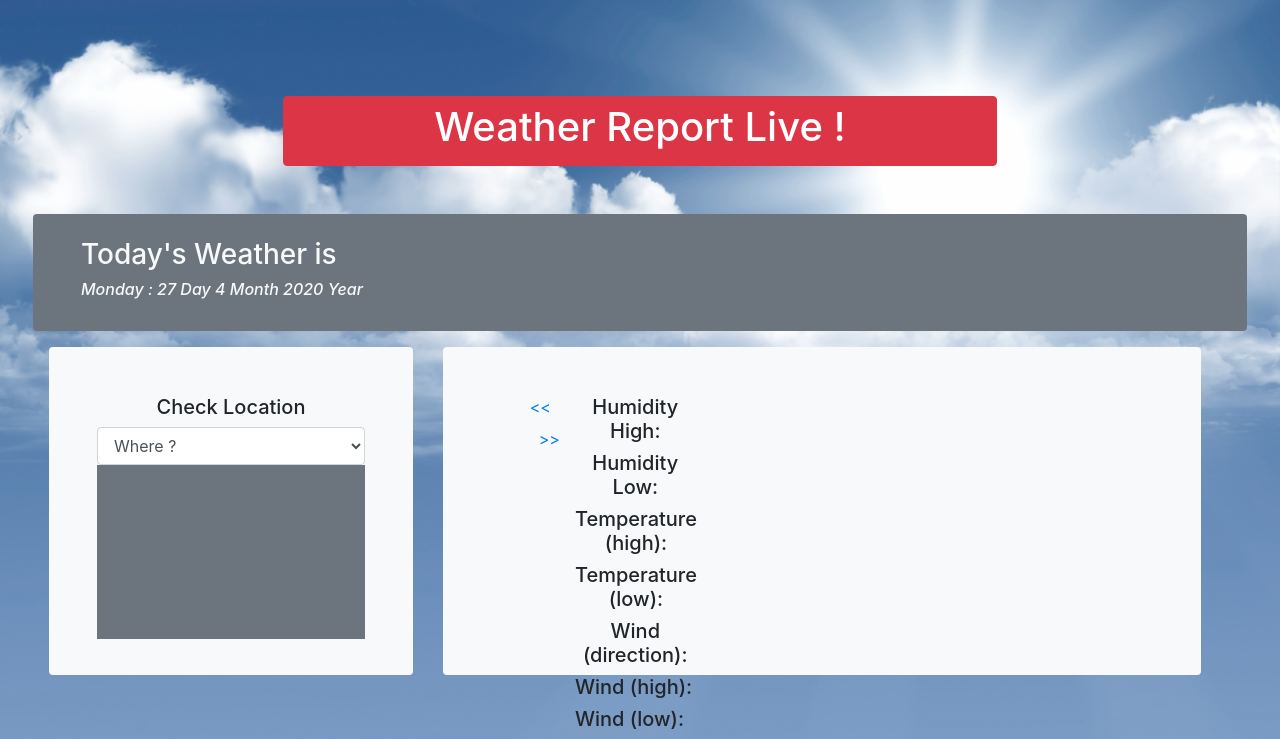
Repository: Code-Institute-Submissions/projectchen88-weatherForecast
Page: index.html
The author's editor kept a record of every edit. The page is drawn from the files as they stood at one moment, then again after the next edit.
The browser window is 1280 px wide. The pictures show the whole page.
The page's requests for data from a server got no answer.

Above is the page before.
Console error (its wording comes from the project's code and is left out).

After the next edit:
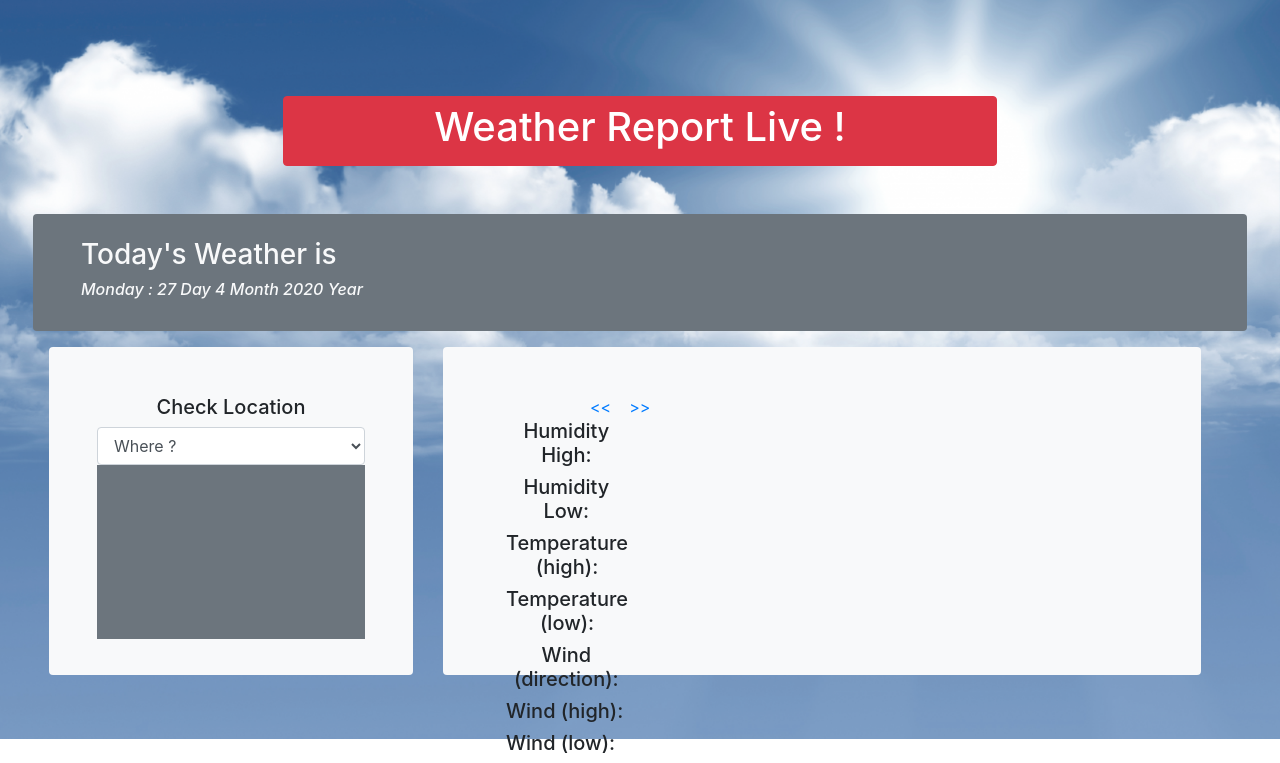
The edit:
--- a/index.html
+++ b/index.html
@@ -55,7 +55,7 @@
                                 <div class="row">
                                     <div class="col-5">
                                         <div class='d-flex justify-content-center'>
-                                            <div id='prev-day' class='text-primary'><< &nbsp</span>
+                                            <div id='prev-day' class='text-primary'><< &nbsp</div>
                                             <h5 id='forecast-title'> </h5>
                                             <div id= 'next-day' class='text-primary'> &nbsp >> </span>
                                         </div>
